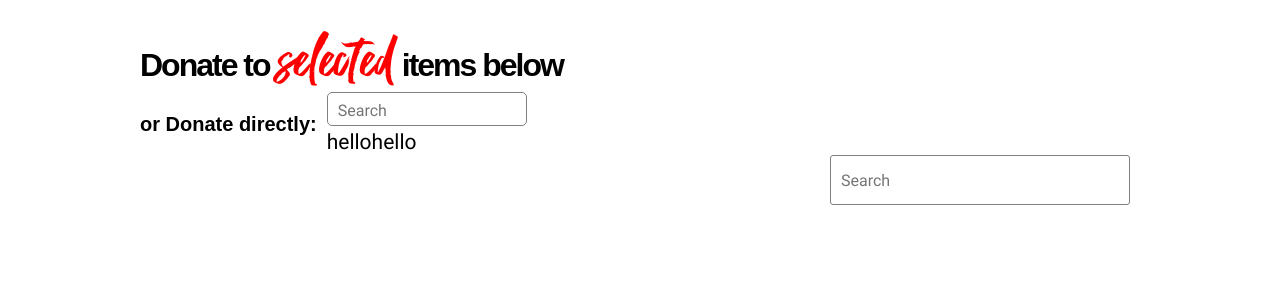
Repository: David-Waite/edableStyleChanges
Page: /
These files come from the project's save history. The page is drawn as it stood at one moment and after the next save; the edit follows.
The browser window is 1280 px wide. The pictures show the whole page.
The page's requests for data from a server got no answer. The project was rebuilt for these pictures with package versions that can differ from the ones it lists, and the page was loaded fresh each time. Some packages were replaced by stand-ins written for this rebuild. No one was signed in, and anything a server would have sent is missing. Queries for data that is not in the repository find no rows. Also part of the build but not shown: src/components/Item/ProgressBar.css, src/components/Volunteer/Volunteer.tsx, src/components/DonorForm/Message.css, src/components/Volunteer/VolunteerError.tsx, src/components/Default.tsx, src/components/DonorForm/Paypal.tsx, src/components/DonorForm/DonorForm.tsx, src/components/DonorForm/PastDonations.css and 8 more.

Above is the page before, as saved 2022-11-09 19:36:48.

### public/index.html
<!DOCTYPE html>
<html lang="en">
  <head>
    <meta charset="utf-8" />
    <link rel="icon" href="%PUBLIC_URL%/favicon.ico" />
    <meta name="viewport" content="width=device-width, initial-scale=1" />
    <meta name="theme-color" content="#000000" />
    <meta name="description" content="EdAble Donations System" />
    <link rel="apple-touch-icon" href="%PUBLIC_URL%/logo192.png" />
    <link rel="manifest" href="%PUBLIC_URL%/manifest.json" />
    <link
      rel="stylesheet"
      href="https://cdn.jsdelivr.net/npm/bootstrap@5.2.0-beta1/dist/css/bootstrap.min.css"
      integrity="sha384-0evHe/X+R7YkIZDRvuzKMRqM+OrBnVFBL6DOitfPri4tjfHxaWutUpFmBp4vmVor"
      crossorigin="anonymous"
    />
    <title>EdAble Donations</title>
  </head>
  <body>
    <noscript>You need to enable JavaScript to run this app.</noscript>
    <div id="root"></div>
  </body>
  <script src="./iframeResizer.contentWindow.min.js"></script>
</html>

### src/index.tsx
import React from 'react';
import ReactDOM from 'react-dom/client';
import './index.css';
import App from './App';
import reportWebVitals from './reportWebVitals';
import './fonts/Roboto/Roboto-Medium.ttf';
import './fonts/Lora/Lora-VariableFont_wght.ttf';

const root = ReactDOM.createRoot(
  document.getElementById('root') as HTMLElement
);
root.render(
  <React.StrictMode>
    <App />
  </React.StrictMode>
);

// If you want to start measuring performance in your app, pass a function
// to log results (for example: reportWebVitals(console.log))
// or send to an analytics endpoint. Learn more: https://bit.ly/CRA-vitals
reportWebVitals();

### src/index.css
body {
  margin: 0;
  -webkit-font-smoothing: antialiased;
  -moz-osx-font-smoothing: grayscale;
}

code {
  font-family: source-code-pro, Menlo, Monaco, Consolas, "Courier New",
    monospace;
}

* {
  box-sizing: border-box;
}

#page-wrap {
  padding-bottom: 10px;
  padding-top: 10px;
}
@font-face {
  font-family: "Roboto";
  src: local("Roboto"),
    url("./fonts/Roboto/Roboto-Medium.ttf") format("truetype");
}

@font-face {
  font-family: "Lora";
  src: local("Lora"),
    url("./fonts/Lora/Lora-VariableFont_wght.ttf") format("truetype");
}

@font-face {
  font-family: "black_stonealternative";
  src: local("blackStone"),
    url("./fonts/BlackStone/blackstone-alternative-webfont.woff") format("woff");
}

h1 {
  font-family: "Roboto";
  font-style: normal;
  font-weight: 700;
  font-size: 52px;
  line-height: 64px;
  /* identical to box height, or 123% */
  color: #000000;
}

h2 {
  font-family: "Lora";
  font-style: normal;
  font-weight: 700;
  font-size: 47px;
  line-height: 60px;
  /* identical to box height, or 128% */
  color: #f1f1f1;
}

h3 {
  font-family: "Lora";
  font-style: normal;
  font-weight: 700;
  font-size: 40px;
  line-height: 51px;
  color: #c4c4c4;
}

h4 {
  font-family: "Roboto";
  font-style: normal;
  font-weight: 700;
  font-size: 35px;
  line-height: 43px;
  /* identical to box height, or 123% */
  letter-spacing: 0.02em;
  color: #000000;
}

h5 {
  font-family: "Roboto";
  font-style: normal;
  font-weight: 700;
  font-size: 28px;
  line-height: 44px;
  /* identical to box height, or 157% */
  color: #000000;
}

h6 {
  font-family: "Roboto";
  font-style: normal;
  font-weight: 700;
  font-size: 21px;
  line-height: 25px;
  /* identical to box height */
  color: #000000;
}

body {
  font-family: "Roboto";
  font-style: normal;
  font-weight: 400;
  font-size: 21px;
  line-height: 32px;
  /* identical to box height, or 152% */
  color: #000000;
}

### src/App.tsx
import React from "react";
import "./App.css";
import { BrowserRouter, Routes, Route } from "react-router-dom";

import { PayPalScriptProvider } from "@paypal/react-paypal-js";
import Base from "./components/Base";
import Landing from "./components/Landing/Landing";
import Volunteer from "./components/Volunteer/Volunteer";
import VolunteerError from "./components/Volunteer/VolunteerError";
import Default from "./components/Default";
import Organisation from "./components/Organisation/Organisation";
import ItemPage from "./components/Item/ItemPage";
import Success from "./components/DonorForm/Success";
import Cancel from "./components/DonorForm/Cancel";
import PastDonations from "./components/DonorForm/PastDonations";
import PastItemDonations from "./components/DonorForm/PastItemDonations";
import DonateTime from "./components/Volunteer/DonateTime";

function App() {
  return (
    <PayPalScriptProvider
      options={{
        "client-id":
        process.env.REACT_APP_PAYPAL_CLIENT_ID||"ATT3Tn46NrmHggGqVC4mzWOZWlnbp2ID9DA0yQnhsgqPFIVPPlLhfSI_-atbZc3aN7n_k7wUVTyQJMnI",
        currency: "AUD",
      }}
    >
      <BrowserRouter>
        <Routes>
          <Route path="/" element={<Base />}>
            <Route path="/" element={<Landing />} />
            <Route path="volunteer" element={<Volunteer />} />
            <Route path="success" element={<Success />} />
            <Route path="organisation/:orgId" element={<Organisation />} />
            <Route path="cancel/:orgId" element={<Cancel />} />
            <Route path="volunteererror/:orgId" element={<VolunteerError />} />
            <Route path="organisation/:orgId" element={<PastDonations />} />
            <Route path="item/:orgID/:itemID" element={<ItemPage />} />
            <Route path="item/:orgID/:itemID" element={<PastItemDonations />} />
            <Route path="volunteer/organisation/:orgId" element={<DonateTime />} />
            <Route path="volunteer/success" element={<Success />} />

            {/* Using path="*"" means "match anything", so this route
                acts like a catch-all for URLs that we don't have explicit
              routes for. */}
            <Route path="*" element={<Default />} />
          </Route>
        </Routes>
      </BrowserRouter>
    </PayPalScriptProvider>
  );
}

export default App;

### src/App.css
.App {
  text-align: center;
}

.App-logo {
  height: 40vmin;
  pointer-events: none;
}

@media (prefers-reduced-motion: no-preference) {
  .App-logo {
    animation: App-logo-spin infinite 20s linear;
  }
}

.App-header {
  background-color: #282c34;
  min-height: 100vh;
  display: flex;
  flex-direction: column;
  align-items: center;
  justify-content: center;
  font-size: calc(10px + 2vmin);
  color: white;
}

.App-link {
  color: #61dafb;
}

@keyframes App-logo-spin {
  from {
    transform: rotate(0deg);
  }
  to {
    transform: rotate(360deg);
  }
}

.font-face-rob {
  font-family: "Roboto";
}

.font-face-lora {
  font-family: "Lora";
}

.font-face-Black {
  font-family: "black_stonealternative";
}

### src/components/Base.tsx
import { Outlet } from 'react-router-dom';

function BasePage() {
  return (
    <>
      {/* An <Outlet> renders whatever child route is currently active,
          so you can think about this <Outlet> as a placeholder for
        the child routes we defined above. */}
      <Outlet/>
    </>
  );
}

export default BasePage;

### src/components/Landing/Landing.tsx
import { useEffect, useState } from "react";
import "./Landing.css";
import { Link } from "react-router-dom";
import { db } from "../../config/firebase";
import { collection, query, onSnapshot, where } from "firebase/firestore";
import { Button, Container, Carousel, Row, Col } from "react-bootstrap";
import { ReactComponent as InclusionHero } from "./InclusionHero.svg";

import Sidebar from "./Sidebar";
import ItemsCollection from "./ItemsCollection";
import Organisation from "../Organisation/Organisation";

function Landing() {
  const [orgList, setOrgList] = useState<any>([]);

  // gets all the orgs from dbs
  useEffect(() => {
    const q = query(
      collection(db, "Organisations"),
      where("activeStatus", "==", true)
    );
    onSnapshot(q, (querySnapshot) => {
      // setOrgList dumps all the orgs in orgList
      setOrgList(
        querySnapshot.docs.map((doc) => ({
          id: doc.id,
          data: doc.data(),
        }))
      );
    });
  }, []);

  useEffect(() => {
    window.scrollTo(0, 0);
  }, []);

  function handleChange() {
    console.log("hi");
  }
  return (
    //   these lines set up the format of the page
    <>
      <div className="landing">
        {/* Burger menu */}

        <div className="App" id="outer-container">
          {/* Carousel */}
          <div className="slideshowCon">
            <Row>
              <Col>
                <div className="carouselContainer">
                  <Carousel
                    touch={true}
                    interval={4000}
                    indicators={true}
                    variant="light"
                  >
                    {orgList.map((org: any) => (
                      <Carousel.Item
                        key={org.id.toString()}
                        style={{
                          textAlign: "left",
                        }}
                      >
                        <Link
                          to={`organisation/${org.id}`}
                          style={{
                            textDecoration: "none",
                            color: "black",
                          }}
                        >
                          {/* this div contains the carousel item's contents and makes the whole carousel item a link (based on link tag above) */}
                          <div className="carousel-contents">
                            <img
                              className="carouselImage"
                              src={`${org.data.img}`}
                            />

                            <div className="caroursel-text">
                              <div className="carousel-contents-bottom">
                                <div>
                                  {" "}
                                  <h2 className="title">{org.data.name}</h2>
                                  <p className="orgSummary">
                                    {org.data.summary}
                                  </p>
                                </div>

                                <Button
                                  className="btnContribute"
                                  variant="warning"
                                >
                                  DONATE TO&#160;
                                  {org.data.name.toUpperCase()}!
                                </Button>
                              </div>
                            </div>
                          </div>
                        </Link>
                      </Carousel.Item>
                    ))}
                  </Carousel>
                </div>
              </Col>
            </Row>
          </div>
        </div>

        <div>
          <h2 className="pageTitle">
            Donate to <span>selected</span> items below
            <br />
          </h2>
          <div className="selectOrgCon">
            <h2 className="selectOrg">or Donate directly:</h2>
            <div className="orgSearchBar">
              <input
                className="input"
                type="text"
                placeholder="Search"
                onChange={handleChange}
                onClick={handleChange}
              />
              <div>
                <a>hello</a>
                <a>hello</a>
              </div>
            </div>
          </div>
        </div>

        <ItemsCollection orgList={orgList} />
      </div>
    </>
  );
}

export default Landing;

### src/components/Landing/Landing.css
.carousel-control-next,
.carousel-control-prev {
  width: 10%;
}

.landing {
  max-width: 1000px;

  margin: 0px auto 90px;
}
.pageTitle {
  font-size: 32px;
  color: black;
  font-family: sans-serif;
  margin-top: 60px;
  margin-bottom: 40px;
  letter-spacing: -2px;
  line-height: 0px;
  font-weight: 700;
}

.title {
  font-size: 32px;
  color: white;
  font-family: sans-serif;
}
.pageTitle span {
  font-family: "black_stonealternative";
  margin-left: 0px;
  margin-right: 0px;
  font-size: 55px;
  letter-spacing: 1px;
  font-weight: 100;
}

.selectOrg {
  font-size: 20px;
  color: black;
  font-family: sans-serif;
  padding-top: 5px;
  font-weight: 700;
}
.selectOrgCon {
  height: 40px;
  display: flex;
  align-items: center;
  margin-bottom: 0px;
}

.orgSearchBar input {
  height: auto;
  padding: 0 10px;
  width: 200px;
}

.orgSearchBar input::placeholder {
  font-size: 16px;
}

.orgSearchBar {
  margin-left: 10px;
  display: flex;
  flex-direction: column;
}

.col {
  padding: 0;
}

.navBarContainer {
  margin-left: 30px;
  margin-top: 10px;
  position: absolute;
  color: white;
}

.carousel {
  /* margin: 3px; */
  /* border-radius: 30px; */

  color: white;
  /* height: ; */
}

.carouselImage {
  object-fit: cover;
  height: calc(500px - 140px);
}

.carousel-contents {
  display: flex;

  flex-direction: column;
  justify-content: flex-end;

  color: white;
  height: 500px;
}

.carousel-indicators {
  margin-bottom: 10px;
}

.carousel-contents-bottom {
  display: flex;
  align-items: center;
  justify-content: space-between;
  gap: 10px;

  margin-bottom: 30px;
}

.caroursel-text {
  padding: 0px 25px;
  height: 140px;
  background-color: #333333;
}

.btnContribute {
  background-color: #e50040;
  color: white;
  border: none;
  border-radius: 3px;
}

.btnContribute span {
  margin-left: 3px;
  font-size: 16px;
  font-weight: 400;
  color: white;
}

.btnContribute div {
  font-size: 16px;
  font-weight: 400;
  margin: 0;
}

.btnContribute:hover {
  background-color: #d4033e;
  color: white;
}

.orgSummary {
  font-size: 16px;
  line-height: 25px;
  margin-bottom: 0px;
}

.imgCarousel {
  width: 100%;
  height: 600px;
}

.orgList {
  font-family: sans-serif;
  font-size: 20px;
  color: black;
}

.orgListCon {
  display: flex;
  align-items: center;
}
@media (max-width: 1040px) {
  .landing {
    padding: 0 20px;
  }
}

@media (max-width: 900px) {
  .title {
    font-size: 28px !important;
  }
}

@media (max-width: 800px) {
  .carousel-contents-bottom {
    flex-direction: column;
    align-items: flex-start;

    gap: 0px;
  }
  .caroursel-text {
    height: 200px;
  }
}

@media (max-width: 500px) {
  .btnContribute div {
    width: 100%;
  }

  .caroursel-text {
    height: 220px;
  }
}

@media (max-width: 370px) {
  .btnContribute {
    margin-top: -10px;
    font-size: 10px;
  }
}

@media (max-width: 325px) {
  .btnContribute span {
    font-size: 9px;
  }
}

/* #carousel-indicators {
    color:rgb(17, 0, 61)
} */

/* Button {
  font-size: x-small;
  style={{ backgroundImage: `url(${org.data.img})` }}




   <img
                              className="imgCarousel"
                              src={org.data.img}
                              alt={`${org.data.name}` + "'s logo"}
                            />
} */

### src/config/firebase.js
import { initializeApp } from "firebase/app";
import { getFirestore } from "firebase/firestore";
import { initializeAppCheck, ReCaptchaV3Provider } from "firebase/app-check";

const firebaseConfig = {
  apiKey: "AIzaSyDs6EtNxxw7Q9vqGTd9EFzCkpK4aQ9u_dY",
  authDomain: "edable-swinburne.firebaseapp.com",
  projectId: "edable-swinburne",
  storageBucket: "edable-swinburne.appspot.com",
  messagingSenderId: "217658206897",
  appId: "1:217658206897:web:529a69fce1bf349d7ad090",
  measurementId: "G-2R2MP9QZ9F",
};

// Initialize Firebase
const app = initializeApp(firebaseConfig);
const db = getFirestore(app);

// app check
const appCheck = initializeAppCheck(app, {
  provider: new ReCaptchaV3Provider("6LcACHkiAAAAAI-dIVsdXLO9-vrCICsqM5sRRjbJ"),
  isTokenAutoRefreshEnabled: true,
});

export { db };

### src/components/Landing/ItemsCollection.tsx
import { useState, useEffect } from "react";
import {
  collectionGroup,
  query,
  onSnapshot,
  collection,
  where,
  getDocs,
} from "firebase/firestore";
import { db } from "../../config/firebase";
import Card from "react-bootstrap/Card";
import ProgressBar from "react-bootstrap/ProgressBar";
import { Link } from "react-router-dom";
import styles from "./ItemsCollection.module.css";
import "../Item/ProgressBar.css";

function ItemsCollection(props: any) {
  const [itemList, setItemList] = useState<any>([]);
  const [search, setSearch] = useState<string>("");

  useEffect(() => {
    const q = query(
      collectionGroup(db, "Items"),
      where("activeStatus", "==", true)
    );

    onSnapshot(q, async (querySnapshot) => {
      setItemList(
        querySnapshot.docs.map((doc) => ({
          id: doc.id,
          data: doc.data(),
          parentDoc: doc.ref.parent.parent?.id,
        }))
      );
    });
  }, []);

  function mergeLists() {
    const mergeList: any = [];
    itemList.map((item: any) => {
      props.orgList.map((org: any) => {
        if (item.parentDoc === org.id) {
          if (item.data.activeStatus === true) {
            mergeList.push({
              ...item,
              orgName: org.data.name,
              orgActiveStatus: org.data.activeStatus,
            });
          }
        }
      });
    });
    return mergeList;
  }

  const mergeList = mergeLists();

  const handleChange = (e: React.ChangeEvent<HTMLInputElement>) => {
    setSearch(e.target.value);
  };
  const filteredItems = mergeList.filter((item: any) =>
    item.data.name.toLowerCase().includes(search.toLowerCase())
  );

  return (
    <>
      <div className={styles.containerDiv}>
        <div
          className={styles.searchBar}
          style={{
            borderRadius: "3px",
            display: "flex",
            alignItems: "right",
            justifyContent: "right",
          }}
        >
          <input
            style={{ fontSize: "16px" }}
            className={styles.input}
            type="text"
            onChange={handleChange}
            placeholder="Search"
          />
        </div>

        <div className={styles.cardParentDiv}>
          {filteredItems.map((item: any) => (
            <div key={item.id.toString()} className={styles.cards}>
              <div className={styles.cardImage}>
                <img src={item.data.img} alt={`Image of  ${item.data.name}`} />
              </div>

              <div className={styles.cardBody}>
                <div>
                  <h3 className={styles.cardTitle}>
                    {item.orgName}:
                    <br />
                    <span>{item.data.name}</span>
                  </h3>

                  <p className={styles.cardDes}>{item.data.summary}</p>
                </div>

                <div className={styles.bottomHalfCard}>
                  <p>
                    ${item.data.totalDonationsValue || 0} of $
                    {item.data.initialPrice}
                  </p>
                  <ProgressBar
                    striped
                    now={
                      item.data.totalDonationsValue
                        ? (item.data.totalDonationsValue /
                            item.data.initialPrice) *
                          100
                        : 0
                    }
                    label={`${Math.round(
                      (item.data.totalDonationsValue / item.data.initialPrice) *
                        100
                    )}%`}
                  />
                  <Link
                    style={{
                      textDecoration: "none",
                      color: "black",
                    }}
                    to={`item/${item.parentDoc}/${item.id}`}
                  >
                    <div className={styles.btn}>DONATE NOW!</div>
                  </Link>
                </div>
              </div>
            </div>
          ))}
        </div>
      </div>
    </>
  );
}

export default ItemsCollection;

### src/components/Organisation/Organisation.module.css
.body {
  background-color: black;
}

* {
  margin: 0;
  padding: 0;
}

img {
  max-width: 100%;
}

.section {
  max-width: 1000px;
  margin: 0 auto;
  background-color: white;
}

.orgName,
.volunteerOrgName span {
  font-family: "black_stonealternative";
  margin-left: 0px;
  margin-right: 0px;
  font-size: 55px;
  font-weight: 100;
  color: #5e17a9;
  line-height: 45px;
}

.orgNameSpan,
.volunteerOrgName {
  font-size: 32px;
  color: black;
  font-family: sans-serif;
  font-weight: 600;
  line-height: normal;
}
.volunteerOrgName span {
  color: #5e17a9;
}
.line {
  margin: 20px 0 30px;
  height: 3px;
  width: 70px;
  background-color: #511493;
}

.itemName {
  font-size: 32px;
  color: black;
  font-family: sans-serif;
  font-weight: 600;
  line-height: normal;
}

.itemImgDesktop {
  margin-bottom: 20px;
}

.sideIdmage {
  display: flex;
  flex-direction: column;
}

.itemImgMobile,
.mobileSideImg {
  display: none;
}

.itemName span {
  color: #511493;
  font-size: 33px;
}

.des {
  margin-top: 20px;
  font-size: 16px;
  font-weight: 100;
  line-height: 25px;
  color: #333333;
}
.mainContent {
  margin-top: 40px;
  display: grid;
  grid-template-columns: 1fr 1.5fr;
  gap: 80px;
}
.btn {
  display: flex;
  align-items: center;
  height: 40px;
  color: white;

  border-radius: 3px !important;
  font-size: 16px;
  font-weight: 400;
  padding: 0 15px;
}

a {
  text-decoration: none !important;
}
.websiteBtn {
  height: 40px;

  border-radius: 3px !important;
  font-size: 16px;
  font-weight: 400;
  padding: 10px 15px;

  color: white;
  background-color: #511493;
}
.btn:hover {
  color: white;
}

.goBack {
  background-color: #e50040;
}

.goBack:hover {
  background-color: #f16800;
}

.orgImg {
  width: 100%;
  height: 500px;
  object-fit: cover;
}

.website {
  padding: 30px;
  margin-top: 10px;
  background: linear-gradient(58.89deg, #5e17a9 31.3%, #e50040 67.75%);
  color: white;
}

.website div {
  margin-top: 10px;
}
.website a {
  background-color: #e50040;
  width: 100%;
  color: white;
  border-radius: 3px !important;
  font-size: 16px;
  font-weight: 400;
  padding: 10px 15px;
}

.header {
  margin: 10px 0;
  display: flex;
  gap: 10px;

  align-items: center;
}

h6 {
  margin-top: 30px;
  font-size: 33px;
  font-weight: 400;
  line-height: 30px;
}

h6 div {
  font-family: "black_stonealternative";
  margin-top: 30px;
  color: #5e17a9;
  font-size: 55px;
  letter-spacing: 1px;
  font-weight: 100;
}

.orgDescription {
  margin-top: 20px;
  font-size: 16;
}

.formCon {
  margin-top: 20px;
}

.btnPurple {
  background-color: #511493;
}
.topItem {
  display: flex;
  align-items: center;
  gap: 40px;
}

.backButton {
  margin-top: 30px;
  color: white;
  border-radius: 3px;
  background-color: #e50040;
  border: none;
}

.backButton:hover {
  color: white;

  background-color: #d4033e;
}

.topButton:hover {
  background-color: #f16800;
}

.card {
  border-radius: 3px;
  border: none;

  background-color: #f4f4f4;
}

.card img {
  width: 100%;
}

.cardContent {
  padding: 20px;
}

.cardTitle {
  font-size: 18px;
  color: black;
  font-family: sans-serif;
  height: auto;
  line-height: 25px;
}

.cardDes {
  margin-top: 0px;
  color: rgb(29, 29, 29);
  font-size: 16px;
  letter-spacing: 0.1px;
  line-height: 20px;
  font-weight: 400;
}

@media (max-width: 1040px) {
  .section {
    padding: 0 20px;
  }
}
@media (max-width: 700px) {
  .content {
    padding: 0 20px 50px;
  }
  .formContainer {
    padding: 30px 20px;
  }
  .topItem {
    display: flex;
    flex-direction: column;
    gap: 40px;
  }
  .card {
    width: 100%;
  }
}

@media (max-width: 900px) {
  .mainContent {
    display: grid;
    grid-template-columns: 1fr;
    gap: 20px;
    margin-bottom: 10px;
  }
  .itemImgDesktop,
  .desktopSideImg {
    display: none;
  }
  .mobileSideImg {
    display: block;
  }

  .itemImgMobile {
    display: block;
    width: 100%;
  }
}

@media (max-width: 500px) {
  label {
    font-size: 10px;
  }

  h6 {
    font-size: 25px;
  }
  h6 span {
    font-size: 40px;
  }
  .btn {
    font-size: 12px;
  }
}

### src/components/Landing/ItemsCollection.module.css
.containerDiv {
  /* background-color: rgb(212, 238, 249); */
  border-radius: 40px;
}

.searchBar {
  border-radius: 3px !important;
  padding: 0;
}
.title {
  font-size: 32px;
  color: black;
  font-family: sans-serif;
  margin-top: 60px;
  margin-bottom: 40px;

  letter-spacing: -2px;
}

.title span {
  font-family: "black_stonealternative";
  margin-left: 0px;
  margin-right: 0px;
  font-size: 55px;
  letter-spacing: 1px;
  font-weight: 100;
}

.input {
  margin: 10px;
  width: 300px;
  border-radius: 3px;
  padding: 2px 10px;
}

.cardParentDiv {
  margin-top: 20px;
  display: grid;
  grid-template-columns: 1fr 1fr 1fr;
  gap: 30px;
}

.bottomHalfCard {
  align-self: end;
}
.cardParentDiv img {
  width: 100%;
  height: 180px;
  object-fit: cover;
  padding: 0;
  margin: 0;
}

.cardImage {
  height: 180px;
}
.cardTitle {
  font-size: 18px;
  color: black;
  font-family: sans-serif;
  height: auto;
  line-height: 25px;
}

.cardTitle span {
  color: #e50040;
}

.cardDes {
  height: 60px;
  margin-top: 0px;
  color: rgb(29, 29, 29);
  font-size: 16px;
  letter-spacing: 0.1px;
  line-height: 16px;
  font-weight: 400;
}

.btn {
  text-decoration: none;
  color: white;
  display: flex;
  align-items: center;
  justify-content: center;
  height: 40px;
  margin-top: 10px;
  margin-bottom: -15px;
  text-align: center;
  border-radius: 3px;
  font-size: 16px;
  font-weight: 400;

  background-color: #5e17a9;
}

.cardBody {
  padding: 10px 10px 30px 10px;
}

.cards {
  border-radius: 3px;
  border: none;
  background-color: #f4f4f4;
}

@media (max-width: 1040px) {
  .cardParentDiv {
    grid-template-columns: 1fr 1fr;
    gap: 60px;
  }
  .input {
    width: calc(100vw - 40px);
  }
}

@media (max-width: 650px) {
  .cardParentDiv {
    grid-template-columns: 1fr 1fr;
    gap: 20px;
  }
}

@media (max-width: 600px) {
  .cardParentDiv {
    grid-template-columns: 1fr;
    gap: 20px;
  }
}

### src/components/DonorForm/DonorForm.css
.donorInfoContainer {
  background-color: rgb(238, 238, 238);
  padding: 20px 40px;
  border-radius: 3px;
}

.formTitle {
  color: #5e17a9;
}

.presetButtons {
  display: flex;
  align-items: center;
  justify-content: flex-start;
  margin-bottom: -20px;
}

label,
.or {
  padding: 5px 0;
  font-weight: lighter;
}

label span {
  color: rgb(176, 53, 53);
  margin-left: 2px;
}

input:disabled {
  background-color: rgb(197, 197, 197);
}

.checkbox {
  display: flex;
  justify-content: start;
  align-items: center;
}

.checkbox input {
  width: auto;
  margin-right: 5px;
}

.monthlyPayment {
  margin-top: 15px;
  margin-bottom: -25px;
}

.availablity {
  display: flex;
  gap: 60px;
  padding-bottom: 10px;
}

.isAron {
  margin-top: 15px;
}
.mailingList {
  margin-bottom: 15px;
}
input,
select {
  height: 50px;
  width: 100%;
  border: 0.1px solid;
  border-color: grey;
  border-radius: 5px;
}

select {
  padding: 15px 10px;
  border: none;
}

span {
  font-size: large;
  color: red;
}

.proceedPayBtn {
  color: white;
  background-color: #ff7000;
  border-color: #ff7000;
  margin-right: auto;
}

.proceedPayBtn:hover {
  background-color: #f16800;
  color: white;
}

button {
  border-radius: 4px;
  border: 1px solid rgb(215, 215, 215);
  padding: 5px 10px;
  font-size: 14px;
  margin: 5px;
  color: white;
  background-color: #ff7000;
  border-color: #ff7000;
}

button[type="submit"],
input[type="submit"] {
  background: #ec598f;
  color: white;
  text-transform: uppercase;
  border: none;
  margin-top: 40px;
  padding: 10px;
  font-size: 16px;
  font-weight: 400;
  letter-spacing: 10px;
}

Loaded but not shown: src/reportWebVitals.ts (common file); public/iframeResizer.contentWindow.min.js (library)

After the next save:
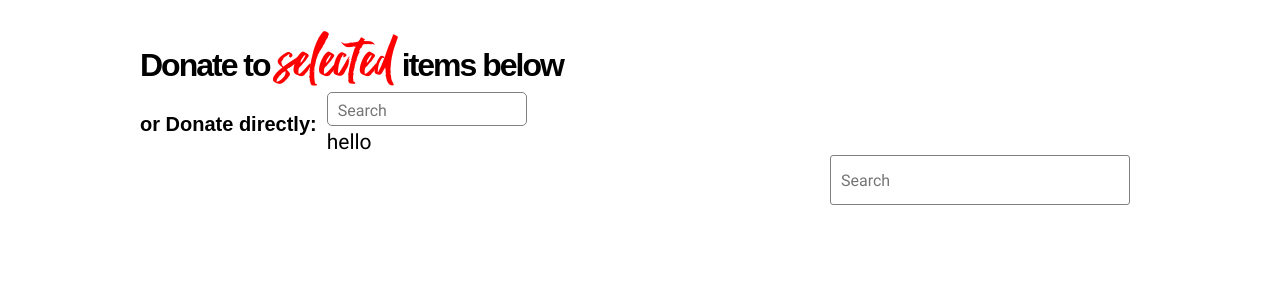
Saved 5 s later.
--- a/src/components/Landing/Landing.tsx
+++ b/src/components/Landing/Landing.tsx
@@ -123,7 +123,6 @@ function Landing() {
               />
               <div>
                 <a>hello</a>
-                <a>hello</a>
               </div>
             </div>
           </div>
